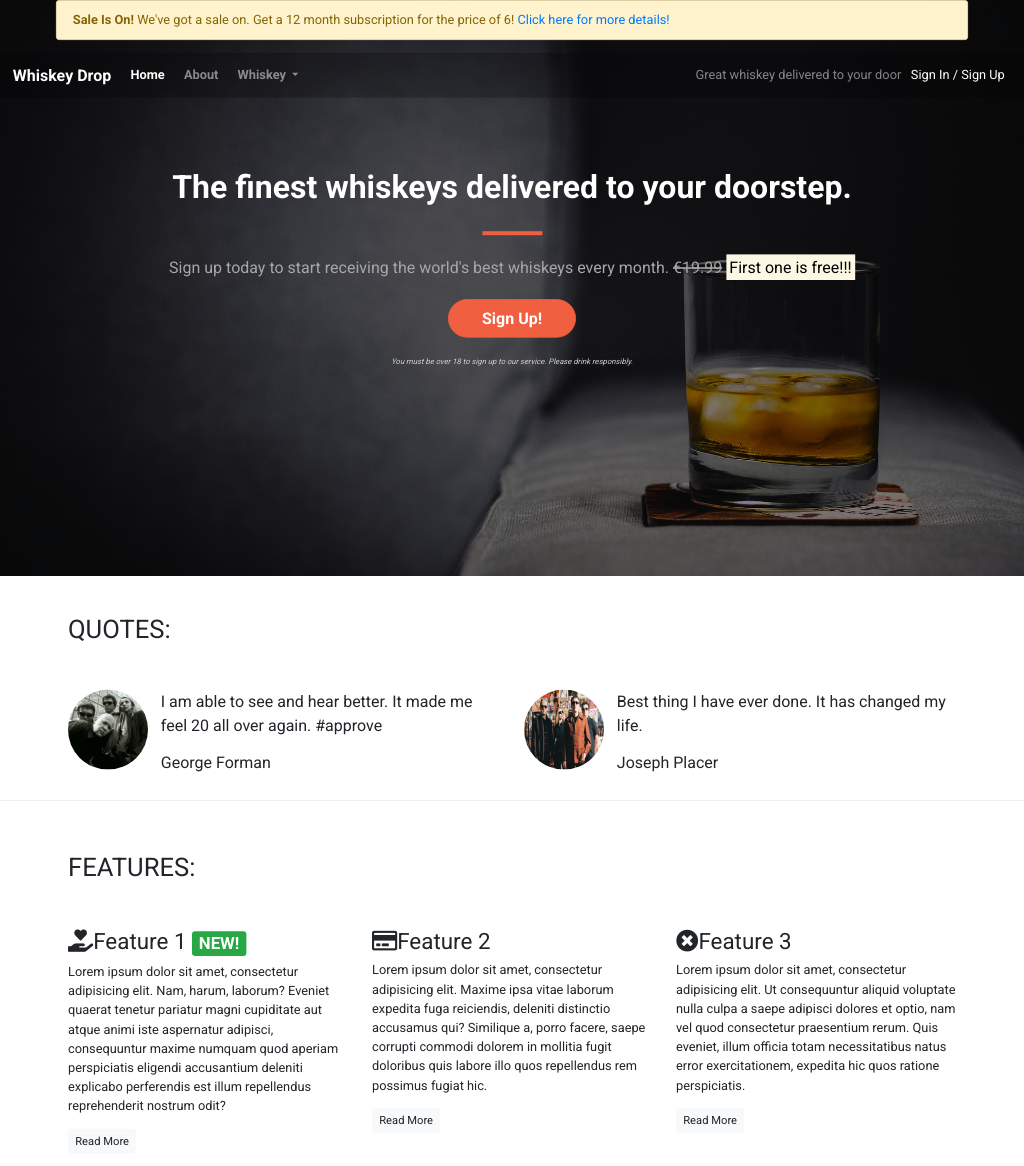
Repository: NamcorStudent/Dropdown-css
Page: bootstrap-whiskey/bootstrap.html
The author's editor kept a record of every edit. The page is drawn from the files as they stood at one moment, then again after the next edit.
The browser window is 1280 px wide. The pictures show the whole page, at 80% of full size.
Backgrounds fixed to the window are drawn as part of the page. Some web libraries are served in a nearby version.

Above is the page before.
Console error: TypeError: Cannot read properties of undefined (reading 'fn')

### bootstrap-whiskey/bootstrap.html
<!DOCTYPE html>
<html lang="en">

<head>
    <meta charset="UTF-8">
    <meta name="viewport" content="width=device-width, initial-scale=1.0">
    <meta http-equiv="X-UA-Compatible" content="ie=edge">
    <link rel="stylesheet" href="https://stackpath.bootstrapcdn.com/bootstrap/4.1.3/css/bootstrap.min.css" integrity="sha384-MCw98/SFnGE8fJT3GXwEOngsV7Zt27NXFoaoApmYm81iuXoPkFOJwJ8ERdknLPMO" crossorigin="anonymous">
    <script src="https://stackpath.bootstrapcdn.com/bootstrap/4.1.3/js/bootstrap.min.js" integrity="sha384-ChfqqxuZUCnJSK3+MXmPNIyE6ZbWh2IMqE241rYiqJxyMiZ6OW/JmZQ5stwEULTy" crossorigin="anonymous"></script>
    <link href="https://fonts.googleapis.com/css?family=Roboto:400,700&display=swap" rel="stylesheet">
    <link rel="stylesheet" href="bootstrap.css" type="text/css" />
    <link rel="stylesheet" href="https://use.fontawesome.com/releases/v5.6.1/css/all.css" integrity="sha384-gfdkjb5BdAXd+lj+gudLWI+BXq4IuLW5IT+brZEZsLFm++aCMlF1V92rMkPaX4PP" crossorigin="anonymous">
    <title>Whiskey Drop | Taste a new whiskey every month</title>
</head>

<body>
    <div class="container-fluid navalert-container">
        <div class="container alert-container">
            <div class="row d-none d-sm-block">
                <div class="col-12">
                    <div class="alert alert-warning"><strong>Sale Is On!</strong> We've got a sale on. Get a 12 month subscription for the price of 6!
                        <a href="">Click here for more details!</a>
                    </div>
                </div>
            </div>
        </div>
        <nav class="navbar navbar-dark navbar-expand-sm">
            <a href="/logo" class="navbar-brand">Whiskey Drop</a>
            <button class="navbar-toggler" type="button" data-toggle="collapse" data-target="#navbarTogglerDropdown" aria-controls="navbarTogglerDemo02" aria-expanded="false" aria-label="Toggle navigation">
            <span class="navbar-toggler-icon"></span>
            </button>

            <div class="collapse navbar-collapse" id="navbarTogglerDropdown">
                <ul class="navbar-nav mr-auto">
                    <li class="active nav-item mr-2"><a href="/home" class="nav-link">Home</a></li>
                    <li class="nav-item mr-2"><a href="/about" class="nav-link">About</a></li>
                    <li class="nav-item mr-2 dropdown">
                        <a class="nav-link dropdown-toggle" href="#" id="navbarDropdown" role="button" data-toggle="dropdown" aria-haspopup="true" aria-expanded="false">
                       Whiskey
                    </a>
                        <div class="dropdown-menu" aria-labelledby="navbarDropdown">
                            <a class="dropdown-item" href="#">Irish</a>
                            <a class="dropdown-item" href="#">Rakija</a>
                            <a class="dropdown-item" href="#">Palinka</a>
                            <a class="dropdown-item" href="#">Moonshine</a>
                        </div>
                        <li class="nav-item mr-2 d-block d-md-none"><a href="/SignIn" class="nav-link btn btn-cta btn--red">Sign In / Sign Up</a></li>
                </ul>
            </div>
            <div class="d-none d-md-block">
                <p class="navbar-text my-auto mr-2">Great whiskey delivered to your door <a href="/login" class="ml-2">Sign In / Sign Up</a></p>
            </div>
        </nav>
    </div>


    <!-----CALLOUT----->
    <div class="containter-fluid callout-container">
        <section class="callout jumbotron text-center">
            <div class="row">
                <div class="opaque-overlay">&nbsp</div>
                <div class="col-12">
                    <h1 class="jumbotron-header">The finest whiskeys delivered to your doorstep.</h1>
                    <hr class="block-devider block-devider--orange">
                    <p class="lead">Sign up today to start receiving the world's best whiskeys every month.
                        <s class="d-none d-sm-inline">€19.99</s>
                        <span class="d-inline d-sm-none"><br></span>
                        <strong><mark>First one is free!!!</mark></strong></p>
                    <p><button class="btn btn-lg btn-cta btn--red" data-toggle="modal" data-target="#signUpModal">Sign Up!</button></p>
                    <p class="text-muted"><small>You must be over 18 to sign up to our service. Please drink responsibly.</small></p>
                </div>
            </div>
        </section>
    </div>
    <!-----QUOTES----->
    <div class="container quotes-container">
        <section class="quotes">
            <div class="row">
                <div class="col-12 my-5">
                    <h2 class="text-uppercase">Quotes:</h2>
                </div>
            </div>
            <div class="row">
                <div class="col-12 col-md-6">
                    <div class="media">
                        <div class="d-none d-sm-block ">
                            <img src="../images/quote-one.jpg" class="rounded-circle mr-3" height=100 width=100/>
                        </div>
                        <div class="media-body">
                            <blockquote class="blockquote">
                                <p>I am able to see and hear better. It made me feel 20 all over again. #approve</p>
                                <p>George Forman</p>
                            </blockquote>
                        </div>
                    </div>
                </div>
                <div class="col-12 col-md-6">
                    <div class="media">
                        <div class="d-none d-sm-block">
                            <img src="../images/quote-two.jpg" class="rounded-circle mr-3" height=100 width=100/>
                        </div>
                        <div class="media-body">
                            <blockquote class="blockquote">
                                <p>Best thing I have ever done. It has changed my life.</p>
                                <p>Joseph Placer</p>
                            </blockquote>
                        </div>
                    </div>
                </div>
            </div>
        </section>
    </div>
    <hr>

    <!-----FEATURES----->
    <div class="container features-container">
        <section class="features">
            <div class="row">
                <div class="col-12 my-5">
                    <h2 class="text-uppercase">Features:</h2>
                </div>
            </div>
            <div class="row">
                <div class="col-12 col-md-6 col-lg-4">
                    <div class="feature">
                        <h3><i class="fas fa-hand-holding-heart d-none d-sm-inline"></i>Feature 1 <span class="badge badge-success">NEW!</span></h3>
                        <p>Lorem ipsum dolor sit amet, consectetur adipisicing elit. Nam, harum, laborum? Eveniet quaerat tenetur pariatur magni cupiditate aut atque animi iste aspernatur adipisci, consequuntur maxime numquam quod aperiam perspiciatis eligendi
                            accusantium deleniti explicabo perferendis est illum repellendus reprehenderit nostrum odit?</p>
                        <p><a href="#" class="btn btn-sm btn-light">Read More</a></p>
                    </div>
                </div>
                <div class="col-12 col-md-6 col-lg-4">
                    <div class="feature">
                        <h3><i class="far fa-credit-card d-none d-sm-inline"></i>Feature 2</h3>
                        <p>Lorem ipsum dolor sit amet, consectetur adipisicing elit. Maxime ipsa vitae laborum expedita fuga reiciendis, deleniti distinctio accusamus qui? Similique a, porro facere, saepe corrupti commodi dolorem in mollitia fugit doloribus
                            quis labore illo quos repellendus rem possimus fugiat hic.</p>
                        <p><a href="#" class="btn btn-sm btn-light">Read More</a></p>
                    </div>
                </div>
                <div class="col-12 d-md-none d-lg-block col-lg-4">
                    <div class="feature">
                        <h3><i class="fas fa-times-circle d-none d-sm-inline"></i>Feature 3</h3>
                        <p>Lorem ipsum dolor sit amet, consectetur adipisicing elit. Ut consequuntur aliquid voluptate nulla culpa a saepe adipisci dolores et optio, nam vel quod consectetur praesentium rerum. Quis eveniet, illum officia totam necessitatibus
                            natus error exercitationem, expedita hic quos ratione perspiciatis.</p>
                        <p><a href="#" class="btn btn-sm btn-light">Read More</a></p>
                    </div>
                </div>
            </div>
        </section>
    </div>

    <div class="modal" tabindex="-1" role="dialog" id="signUpModal">
        <div class="modal-dialog" role="document">
            <div class="modal-content">
                <div class="modal-header">
                    <h5 class="modal-title">Sign Up for Whiskey Drrop today</h5>
                    <button type="button" class="close" data-dismiss="modal" aria-label="Close">
          <span aria-hidden="true">&times;</span>
        </button>
                </div>
                <div class="modal-body">
                    <form>
                        <div class="form-group">
                            <label for="exampleInputEmail1">Email address</label>
                            <input type="email" class="form-control" id="exampleInputEmail1" aria-describedby="emailHelp" placeholder="Enter email">
                            <small id="emailHelp" class="form-text text-muted">We'll never share your email with anyone else.</small>
                        </div>
                        <div class="form-group">
                            <label for="password">Password</label>
                            <input type="password" class="form-control" id="password" placeholder="Password">
                        </div>
                        <div class="form-group">
                            <label for="repeatPassword">Repeat Password</label>
                            <input type="password" class="form-control" id="repeatPassword" placeholder="Repeat Password">
                        </div>
                        <button type="submit" class="btn btn-success">Submit</button>
                    </form>
                </div>

            </div>
        </div>
    </div>

    <script src="https://code.jquery.com/jquery-3.3.1.slim.min.js" integrity="sha384-q8i/X+965DzO0rT7abK41JStQIAqVgRVzpbzo5smXKp4YfRvH+8abtTE1Pi6jizo" crossorigin="anonymous"></script>
    <script src="https://cdnjs.cloudflare.com/ajax/libs/popper.js/1.14.7/umd/popper.min.js" integrity="sha384-UO2eT0CpHqdSJQ6hJty5KVphtPhzWj9WO1clHTMGa3JDZwrnQq4sF86dIHNDz0W1" crossorigin="anonymous"></script>
    <script src="https://stackpath.bootstrapcdn.com/bootstrap/4.3.1/js/bootstrap.min.js" integrity="sha384-JjSmVgyd0p3pXB1rRibZUAYoIIy6OrQ6VrjIEaFf/nJGzIxFDsf4x0xIM+B07jRM" crossorigin="anonymous"></script>
</body>

</html>

### bootstrap-whiskey/bootstrap.css
body {
    font-family: 'Roboto', sans-serif;
}

/*Navigation*/

.navalert-container{
    position: absolute;
    top: 0;
    left: 0;
    padding-left: 0;
    padding-right: 0;
    z-index: 1;
}

.navbar{
    margin-bottom: 0;
    border: 0;
    width: 100%;
    background-color: rgba(0,0,0,0.25);
}

.navbar .navbar-toggler{
    border: 0;
}

.navbar-dark .navbar-brand {
     font-weight: bold;
}

.navbar .navbar-nav a{
    font-weight: bold;
}

.alert-container {
    padding-left: 0;
    padding-right: 0;
}

.site-wide-alert{
    border-radius: 0;
    margin-bottom: 0;
    padding: 5px 15px;
    background-color: #eec802;
    border-color: #eec802;
}

.callout-container {
    height: 100vh;
    position: relative;

    background: url(../images/whiskey-background.jpg) no-repeat bottom right fixed;
    -webkit-background-size: cover;
    -moz-background-size: cover;
    -o-background-size: cover;
    background-size: cover;

    display: flex;
    align-items: center;
    justify-content: center;
}

.opaque-overlay{
    top: 0;
    left: 0;
    height: 100%;
    width: 100%;
    position: absolute;
    background-color: rgba(0,0,0,0.5);
}

.quotes-container {}

.features-container {}

/*Jumbotron*/
.jumbotron{
    background-color: transparent;
}

.jumbotron .lead{
    margin: 25px 0;
    color: #a7a7a7;

}

.jumbotron small{
    font-size: 60%;
    font-style: italic;
    color: #d0d0d0;
}

/*Block Deviders*/

.block-devider{
    height: 5px;
    width: 75px;
    border: 0;
}

.block-devider--orange{
    background-color: #f05f40;
}

/*Headers*/
.jumbotron-header{
    color: white;
    font-weight: bold;
    margin-bottom: 30px;
}

/*Buttons*/

.btn-cta{
    width: 160px;
    border-radius: 26px;
    font-weight: bold;
}

.btn--red{
    background-color: #f05f40;
    border-color: #f05f40;
    color: white;
}

.btn--red:hover,
.btn--red:active,
.btn--red:focus,
.btn--red:active:focus {
    background-color: #df4929;
    border-color: #df4929;
}

After the next edit:
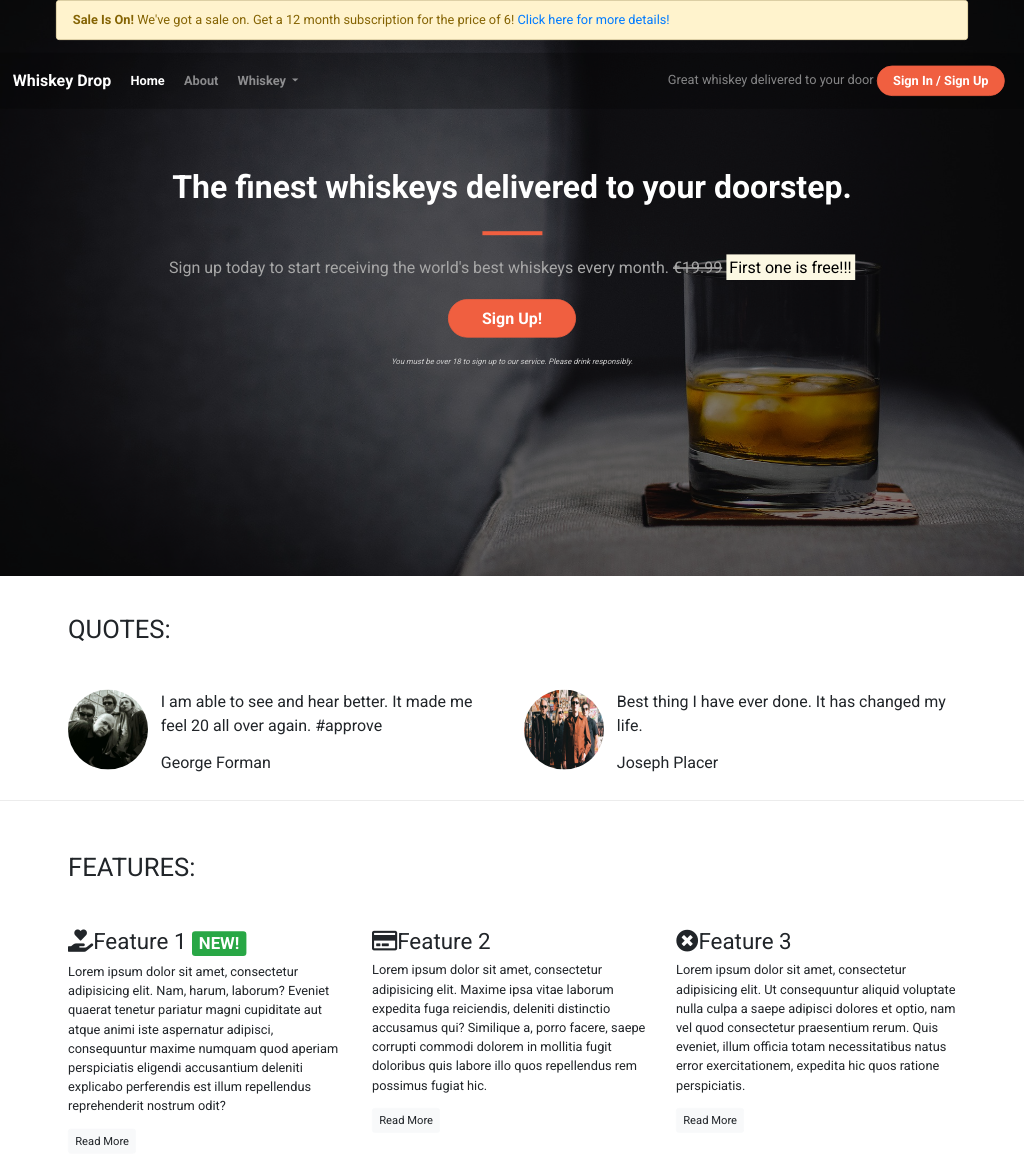
The edit:
--- a/bootstrap-whiskey/bootstrap.html
+++ b/bootstrap-whiskey/bootstrap.html
@@ -48,7 +48,7 @@
                 </ul>
             </div>
             <div class="d-none d-md-block">
-                <p class="navbar-text my-auto mr-2">Great whiskey delivered to your door <a href="/login" class="ml-2">Sign In / Sign Up</a></p>
+                <p class="navbar-text my-auto mr-2">Great whiskey delivered to your door <a href="/login" class=" btn btn-cta btn--red">Sign In / Sign Up</a></p>
             </div>
         </nav>
     </div>
